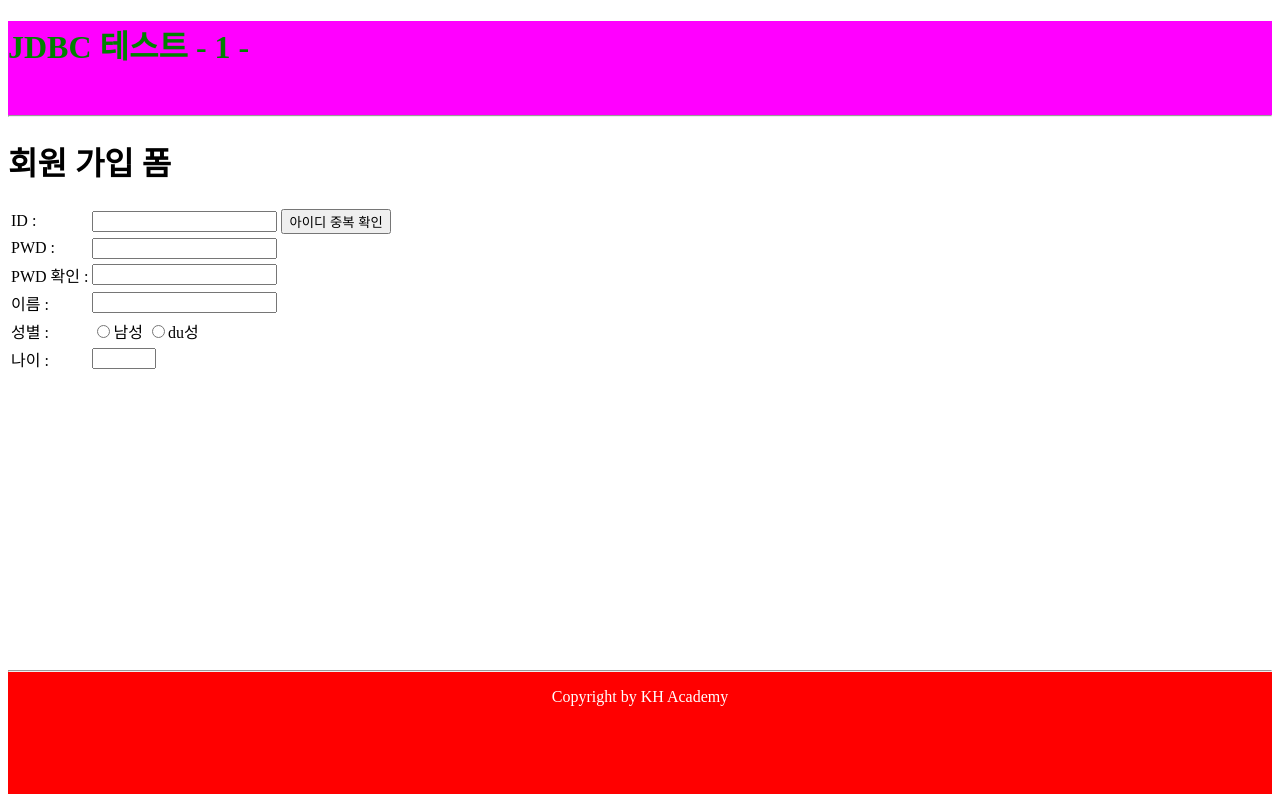
Repository: steeveelee2/WEB_Study
Page: http://localhost/JDBC1Project/views/member/memberJoin.jsp
The author's editor kept a copy of each file at every save. The page is drawn from the files as they stood at one save, then again after the next save.
The browser window is 1280 px wide. The pictures show the whole page.
The page is served by Tomcat 9.

Above is the page before, as saved 2018-10-16 05:12:00.

After the next save:
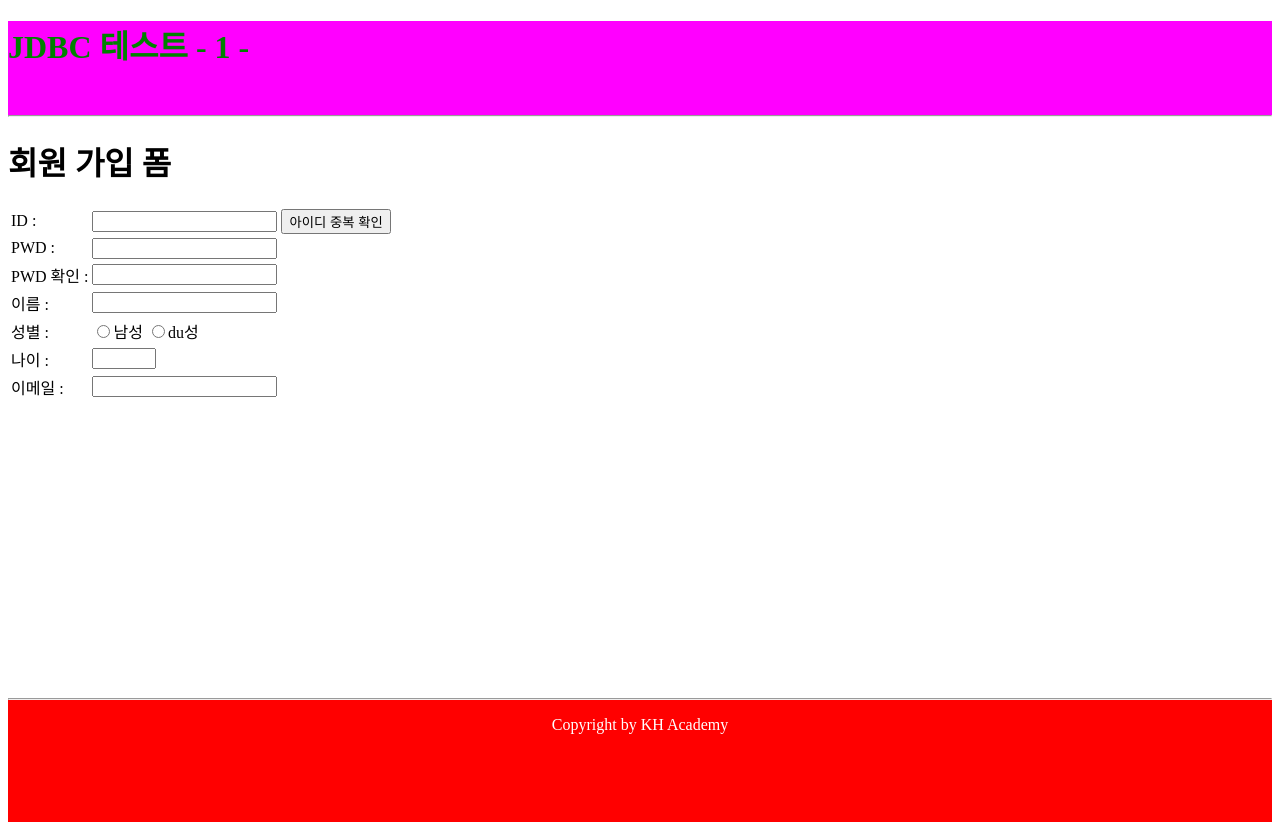
Saved 38 s later.
--- a/webWorkspace/JDBC1Project/web/views/member/memberJoin.jsp
+++ b/webWorkspace/JDBC1Project/web/views/member/memberJoin.jsp
@@ -48,6 +48,11 @@
 				<td><input type="number" name="age" min="10" max="100"/></td>
 				<td></td>
 			</tr>
+			<tr>
+				<td>이메일 : </td>
+				<td><input type="email" name="email"/></td>
+				<td></td>
+			</tr>
 
 		</table>
 
